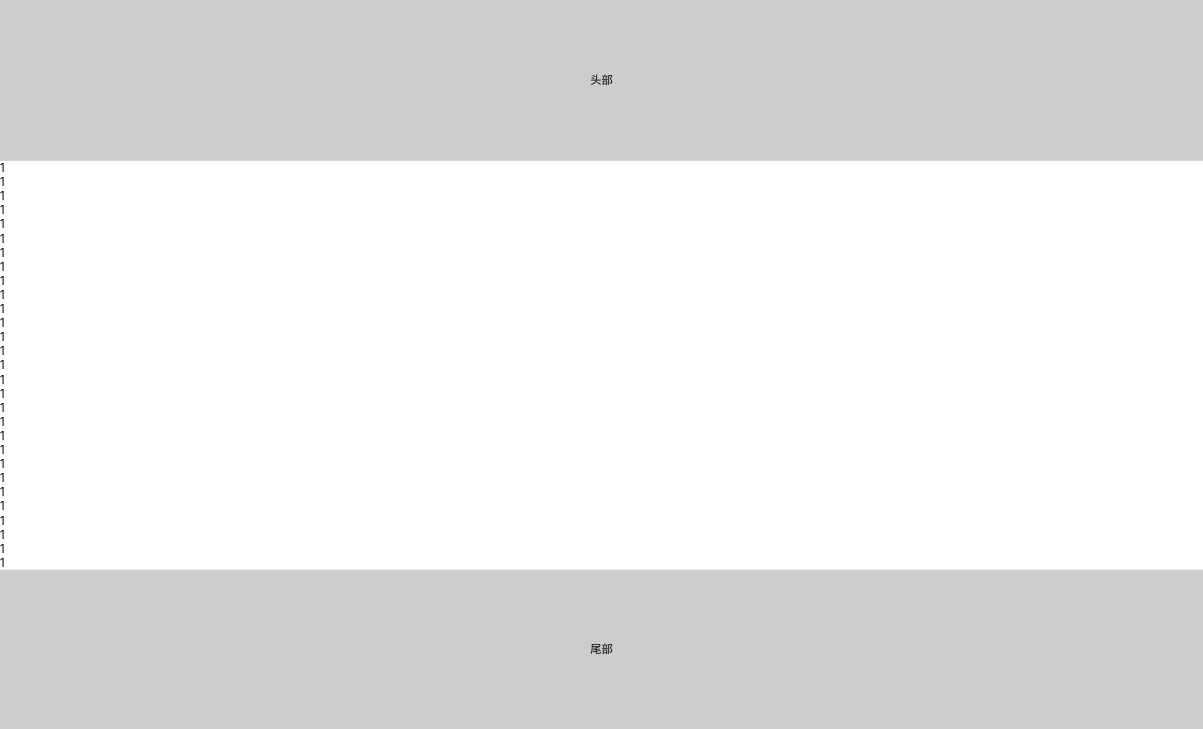
Repository: zjb17395046959/h5-
Page: index.html
These files come from the project's save history. The page is drawn as it stood at one moment and after the next save; the edit follows.
The browser window is 1280 px wide. The pictures show the whole page, at 94% of full size.
The style sheet was rebuilt from its Sass, Less or Tailwind sources for each picture, by a compiler version that may differ from the author's.

Above is the page before, as saved 2020-09-14 16:06:26.

### index.html
<!DOCTYPE html>
<html lang="en">
<head>
    <meta charset="utf-8">
    <meta content="yes" name="apple-mobile-web-app-capable" />
    <meta content="yes" name="apple-touch-fullscreen" />
    <meta content="telephone=no,email=no" name="format-detection" />
    <meta name="viewport" content="initial-scale=1, maximum-scale=1, minimum-scale=1, user-scalable=no">
    <title>头尾固定，中间超出隐藏</title>
    <link rel="stylesheet" href="./css/reset.css">
    <link rel="stylesheet" href="./css/index.css">
    <script src="./js/jquery-2.1.3.min.js"></script>
    <script src="./js/flexible.js"></script>
    <script src="./js/util.js"></script>
</head>
<body>
    <!-- 布局开始 -->
    <div id="wrap">
        <!-- 头部布局 -->
        <header>头部</header>
        <div class="content">
            <p>1</p>
            <p>1</p>
            <p>1</p>
            <p>1</p>
            <p>1</p>
            <p>1</p>
            <p>1</p>
            <p>1</p>
            <p>1</p>
            <p>1</p>
            <p>1</p>
            <p>1</p>
            <p>1</p>
            <p>1</p>
            <p>1</p>
            <p>1</p>
            <p>1</p>
            <p>1</p>
            <p>1</p>
            <p>1</p>
            <p>1</p>
            <p>1</p>
            <p>1</p>
            <p>1</p>
            <p>1</p>
            <p>1</p>
            <p>1</p>
            <p>1</p>
            <p>1</p>
        </div>
        <footer>尾部</footer>


<!-- 布局结束 -->
    </div>
</body>
</html>

### css/reset.css
/*清除外边距*/
body, h1, h2, h3, h4, h5, h6, hr, p, blockquote, figure, /*结构元素*/
dl, dt, dd, ul, ol, li, /*列表元素*/
fieldset, lengend, button, input, textarea, /*表单元素*/
th, td, /*表格元素*/
pre /*文本格式元素*/ {
    margin: 0;
    -webkit-tap-highlight-color:rgba(0,0,0,0);
    -webkit-tap-highlight-color: transparent;
}
/*清除内边距*/
ul, ol, menu, td, input{
    padding: 0;
}
/*重置列表元素*/
ul, ol {
    list-style: none;
}
/*将字体扶正*/
address, cite, dfn, em, var {
    font-style: normal;
}
/*清下划线*/
a {
    text-decoration: none;
    color: black;
}
/*鼠标略过a标签，显示下划线*/
a:hover {
    /*text-decoration: underline;*/
}
/*清浮动*/
.clear:after {
    content: '';
    display: block;
    clear: both;
}

.fl{
    float: left;
}

.fr {
    float: right;
}

input,textarea{
    border: none;
    outline:none;

}
input[type="button"],button{
    -moz-appearance: none;
    -webkit-appearance: none;
    border-radius: 0;/*解决ios上输入框圆角问题*/
}


input[type="text"]:focus,input[type="number"]:focus,input[type="tel"]:focus {
    -webkit-box-shadow: 0 0 0 1000px white inset !important;
}
input[type="text"]:-webkit-autofill,input[type="number"]:-webkit-autofill,input[type="tel"]:-webkit-autofill,
input[type="text"]:-webkit-autofill:focus,input[type="number"]:-webkit-autofill:focus,input[type="tel"]:-webkit-autofill:focus {
    -webkit-box-shadow: 0 0 0px 1000px white inset !important;
    background-color: #fff;
    transition: background-color 50000s ease-in-out 0s;
    -webkit-transition-delay: 99999s;
    -webkit-transition: color 99999s ease-out, background-color 99999s ease-out;
}

/* input:-webkit-autofill {
    -webkit-box-shadow: 0 0 0px 1000px white inset !important;
} */

::-webkit-scrollbar { width: 0  }

body {
    font-family: -apple-system, BlinkMacSystemFont, "PingFang SC","Helvetica Neue",STHeiti,"Microsoft Yahei",Tahoma,Simsun,sans-serif;
    -webkit-text-size-adjust: 100% !important;/*防止ios手机字体默认变大*/
}

### js/flexible.js
(function flexible (window, document) {
    var docEl = document.documentElement
    var dpr = window.devicePixelRatio || 1

    // adjust body font size
    function setBodyFontSize () {
      if (document.body) {
        document.body.style.fontSize = (12 * dpr) + 'px'
      }
      else {
        document.addEventListener('DOMContentLoaded', setBodyFontSize)
      }
    }
    setBodyFontSize();

    // set 1rem = viewWidth / 10
    function setRemUnit () {
      var rem = docEl.clientWidth / 10
      docEl.style.fontSize = rem + 'px'
    }

    setRemUnit()

    // reset rem unit on page resize
    window.addEventListener('resize', setRemUnit)
    window.addEventListener('pageshow', function (e) {
      if (e.persisted) {
        setRemUnit()
      }
    })

    // detect 0.5px supports
    if (dpr >= 2) {
      var fakeBody = document.createElement('body')
      var testElement = document.createElement('div')
      testElement.style.border = '.5px solid transparent'
      fakeBody.appendChild(testElement)
      docEl.appendChild(fakeBody)
      if (testElement.offsetHeight === 1) {
        docEl.classList.add('hairlines')
      }
      docEl.removeChild(fakeBody)
    }

    var viewport = document.querySelector("meta[name=viewport]");
        var dpr = window.devicePixelRatio || 1;
        var scale = 1 / dpr;
        //下面是根据设备dpr设置viewport
        viewport.setAttribute(
            "content",
            "width=device-width,initial-scale=" +
            scale +
            ", maximum-scale=" +
            scale +
            ", minimum-scale=" +
            scale +
            ", user-scalable=no"
        );

  }(window, document))

### js/util.js
$(function(){

        /**
     * ajax封装
     * url 发送请求的地址
     * data 发送到服务器的数据，数组存储
     * isLoading 是否显示loading
     * dataType 预期服务器返回的数据类型，常用的如：xml、html、json、text
     * successfn 成功回调函数
     * errorfn 失败回调函数
     */
    var loadNum = 0;
    jQuery.axspost=function(url, data,isLoading,successfn,errorfn) {

        $.ajax({
            type: "POST",
            data: data,
            url: "http://10.6.4.154:8081/app/v6/membersExchange/"+url,
            dataType: "json",
            beforeSend:function(){
                if(isLoading){
                    loadNum++;
                    $(".loading").show();
                }

            },
            success: function(d){
                console.log("成功",d)
                if(d.result == "000"){
                    successfn(d);
                }else{
                    console.log(d)
                    if(typeof errorfn === "function"){
                        errorfn("success",d);
                    }else{
                        $.toast(d.msg);
                    }
                }
            },
            error: function(e){
                console.log("失败",e)
                if(typeof errorfn === "function"){
                    errorfn("error",e);
                }else{
                    toast("请求出错！");
                    console.log(e)
                }

            },
            complete:function(e){
                if(isLoading){
                    loadNum--
                    if(loadNum === 0){
                        $(".loading").hide();
                    }
                }

            }
        });
    };

    jQuery.toast=function(msg, duration) {
        duration = isNaN(duration) ? 2000 : duration;
        var m = document.createElement('div');
        m.innerHTML = msg;
        m.setAttribute("class", "toast");

        m.style.cssText = "font-family:siyuan;padding:1.5vw  3.0557333vw;color: rgb(255, 255, 255);line-height: 5.7306667vw;text-align: center;border-radius: 0.8730667vw;position: fixed;top: 50%;left: 50%;transform: translate(-50%, -50%);z-index: 999999;background: rgba(0, 0, 0,.7);font-size:  3.4922667vw;word-break:break-all;";
        if(msg.length > 10){
            m.style.cssText+="min-width: 62%;"
        }
        document.body.appendChild(m);
        setTimeout(function() {
            var d = 0.5;
            m.style.webkitTransition = '-webkit-transform ' + d + 's ease-in, opacity ' + d + 's ease-in';
            m.style.opacity = '0';
            setTimeout(function() {
                document.body.removeChild(m)
            }, d * 1000);
        }, duration);
    }

  //校验手机号
  jQuery.PhoneNumberVerify=function(tel) {
    if(tel != ""){
        var reg =/^0?1[3|4|5|6|7|8|9][0-9]\d{8}$/;
        return reg.test(tel);
    }
  };

    //校验邮箱
    jQuery.emailVerify=function(email) {
        if (email != "") {
            var reg = /^\w+((-\w+)|(\.\w+))*\@[A-Za-z0-9]+((\.|-)[A-Za-z0-9]+)*\.[A-Za-z0-9]+$/;
            return reg.test(email);

        };
    };

     //保留两位小数
     jQuery.returnFloat=function(value){
        var value=Math.round(parseFloat(value)*100)/100;
        var xsd=value.toString().split(".");
        if(xsd.length==1){
            value=value.toString()+".00";
            return value;
        }
        if(xsd.length>1){
        if(xsd[1].length<2){
            value=value.toString()+"0";
        }
        return value;
        }
    }

    jQuery.add = function (arg1, arg2, d) {
        arg1 = arg1.toString(), arg2 = arg2.toString();
        var arg1Arr = arg1.split("."),
            arg2Arr = arg2.split("."),
            d1 = arg1Arr.length == 2 ? arg1Arr[1] : "",
            d2 = arg2Arr.length == 2 ? arg2Arr[1] : "";
        var maxLen = Math.max(d1.length, d2.length);
        var m = Math.pow(10, maxLen);
        var result = Number(((arg1 * m + arg2 * m) / m).toFixed(maxLen));
        var d = arguments[2];
        return typeof d === "number" ? Number((result).toFixed(d)) : result;
    }

    jQuery.accSub = function (arg1, arg2) {
        var r1, r2, m, n;
        try {
            r1 = arg1.toString().split(".")[1].length
        } catch (e) {
            r1 = 0
        };
        try {
            r2 = arg2.toString().split(".")[1].length
        } catch (e) {
            r2 = 0
        };
        m = Math.pow(10, Math.max(r1, r2));
        // 动态控制精度长度
        n = (r1 >= r2) ? r1 : r2;
        return ((arg1 * m - arg2 * m) / m).toFixed(n);
    }
    //乘法
    jQuery.accMul = function (arg1, arg2) {
        var m = 0,
            s1 = arg1.toString(),
            s2 = arg2.toString();
        try {
            m += s1.split(".")[1].length
        } catch (e) {};
        try {
            m += s2.split(".")[1].length
        } catch (e) {};
        return Number(s1.replace(".", "")) * Number(s2.replace(".", "")) / Math.pow(10, m);
    }

    //android禁止微信浏览器调整字体大小
   if (typeof WeixinJSBridge == "object" && typeof WeixinJSBridge.invoke == "function") {
       handleFontSize();
   } else {
       if (document.addEventListener) {
           document.addEventListener("WeixinJSBridgeReady", handleFontSize, false);
       } else if (document.attachEvent) {
           document.attachEvent("WeixinJSBridgeReady", handleFontSize);
           document.attachEvent("onWeixinJSBridgeReady", handleFontSize);  }
   }
   function handleFontSize() {
       // 设置网页字体为默认大小
       WeixinJSBridge.invoke('setFontSizeCallback', { 'fontSize' : 0 });
       // 重写设置网页字体大小的事件
       WeixinJSBridge.on('menu:setfont', function() {
           WeixinJSBridge.invoke('setFontSizeCallback', { 'fontSize' : 0 });
       });
   }
});

### css/index.less
@baseWidth:750;
.vw(@name,@px){
    @{name}:(@px / @baseWidth )* 100vw;
}
.longVw(@name,@a,@b,@c,@d){
    @{name}:( @a / @baseWidth)* 100vw ( @b / @baseWidth)* 100vw ( @c / @baseWidth)* 100vw ( @d / @baseWidth)* 100vw
}
#wrap{
    width: 100%;
    height: 100%;
    display: flex;
    flex-direction: column;
    header,footer{
        .vw(height,100);
        .vw(line-height,100);
        text-align: center;
        background:#ccc;
    }
    .content{
        flex: 1;
        overflow: auto;
    }
    footer{

    }
}

Loaded but not shown: js/jquery-2.1.3.min.js (library)

After the next save:
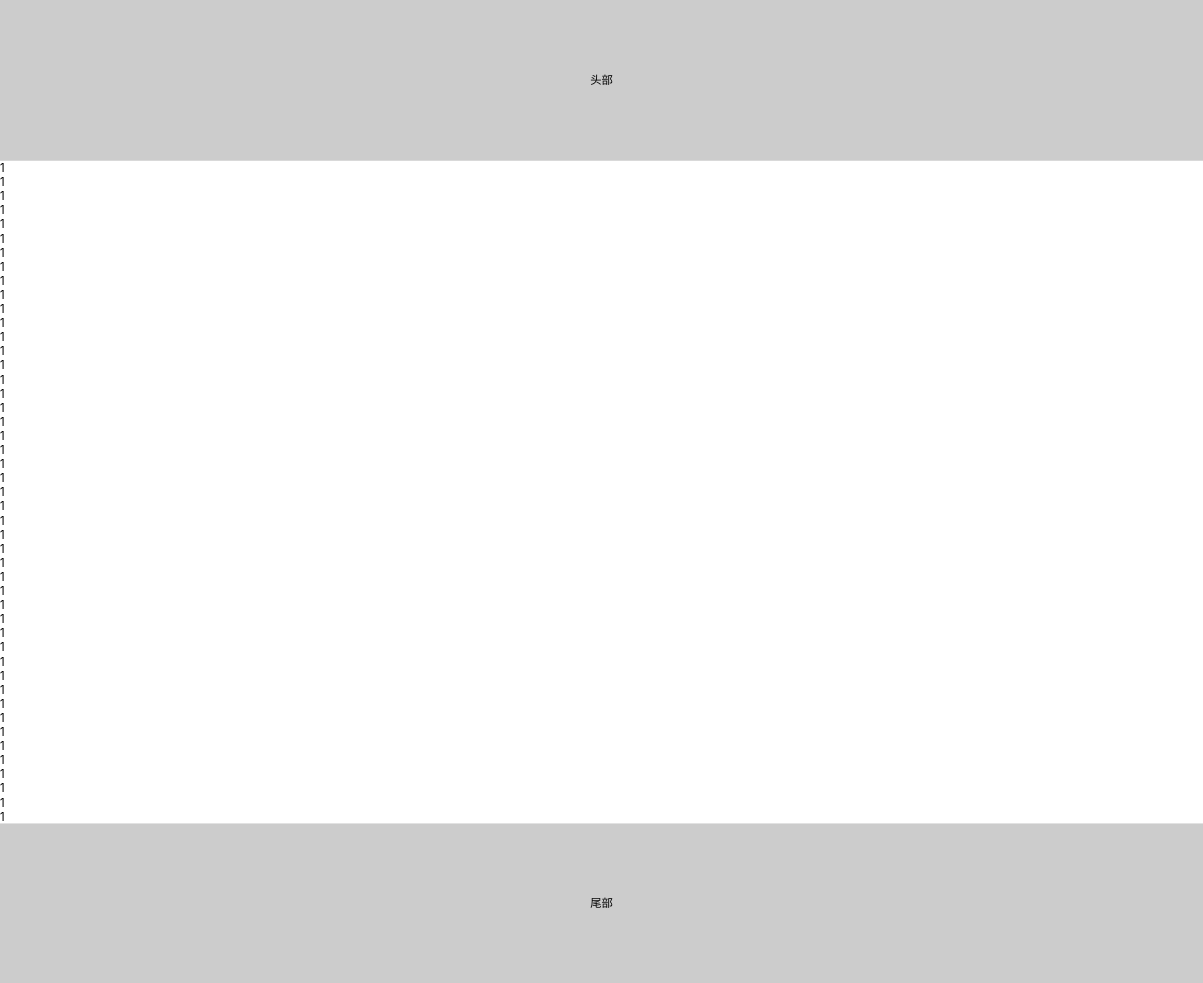
Saved 8 s later.
--- a/index.html
+++ b/index.html
@@ -48,6 +48,27 @@
             <p>1</p>
             <p>1</p>
             <p>1</p>
+            <p>1</p>
+            <p>1</p>
+
+            <p>1</p>
+            <p>1</p>
+
+            <p>1</p>
+            <p>1</p>
+            <p>1</p>
+            <p>1</p>
+            <p>1</p>
+            <p>1</p>
+            <p>1</p>
+            <p>1</p>
+            <p>1</p>
+            <p>1</p>
+            <p>1</p>
+            <p>1</p>
+            <p>1</p>
+
+            <p>1</p>
         </div>
         <footer>尾部</footer>
 
